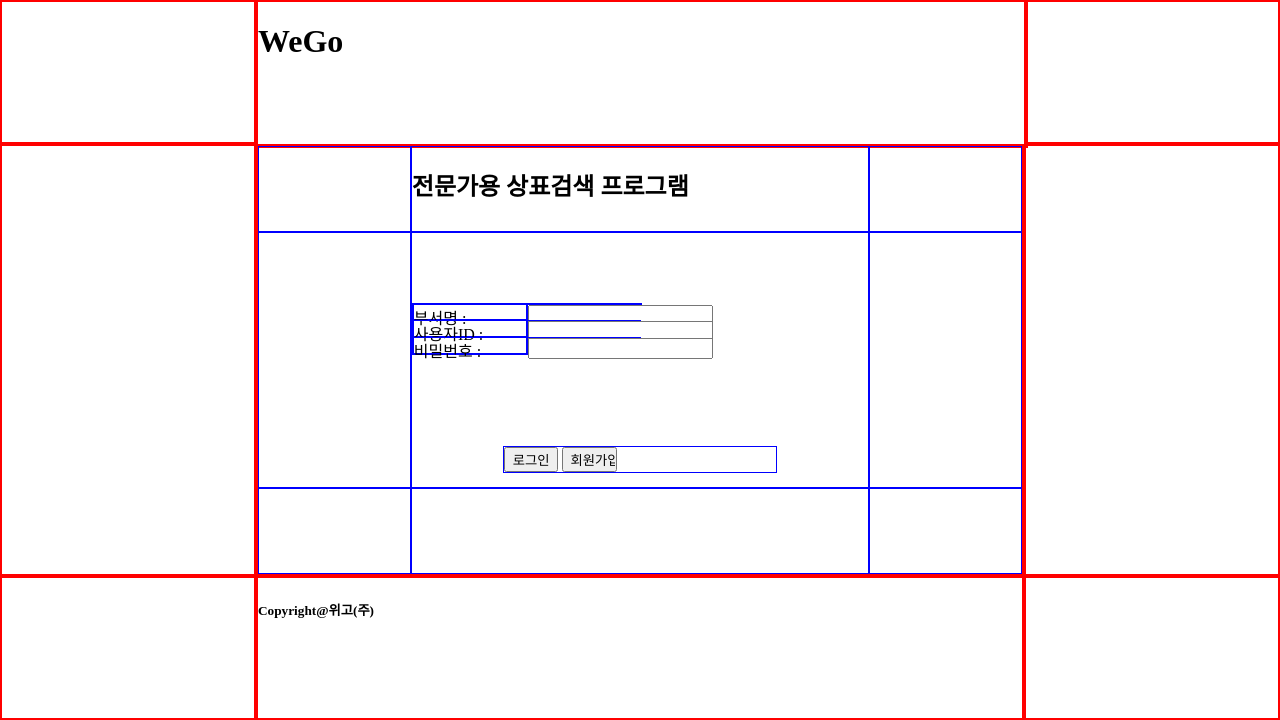
Repository: hamuse/wego1
Page: http://localhost/teamW1/facade.do
The author's editor kept a copy of each file at every save. The page is drawn from the files as they stood at one save, then again after the next save.
The browser window is 1280 px wide. The pictures show the whole page.
Some web libraries are served in a nearby version. The page is served by Tomcat 9.

Above is the page before, as saved 2019-10-07 11:36:13.

After the next save:
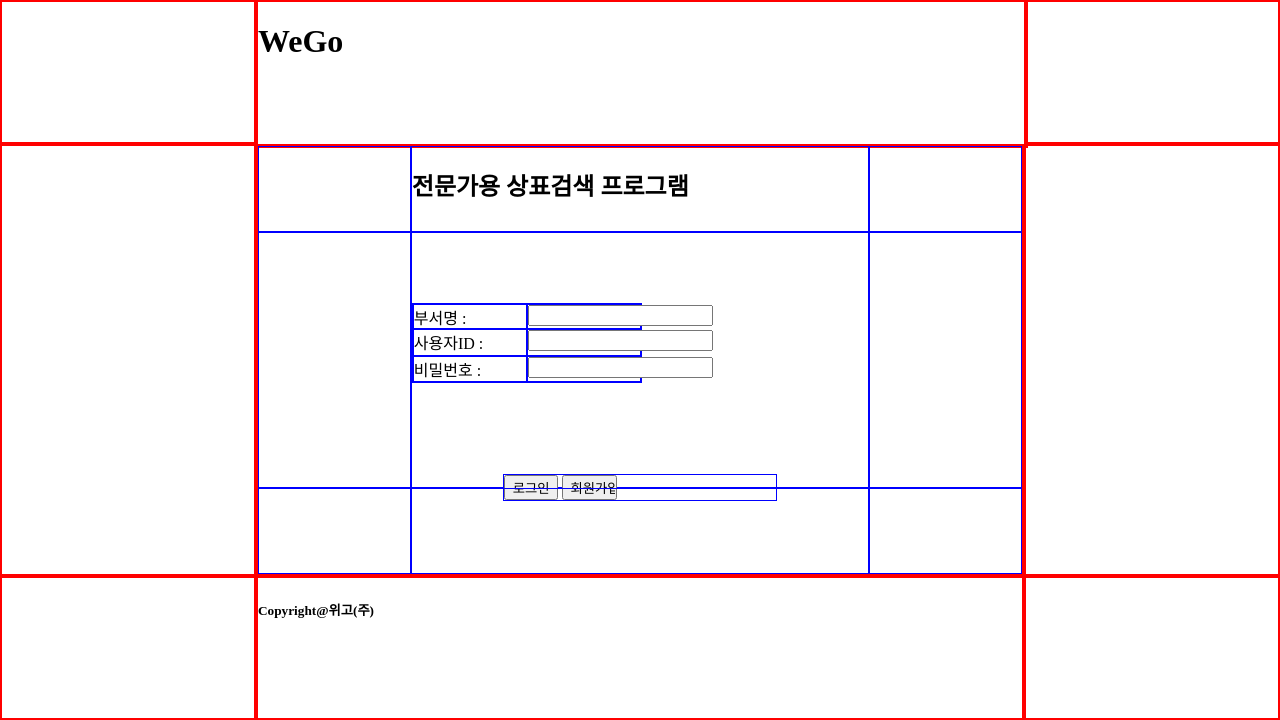
Saved 41 s later.
--- a/teamW1/WebContent/resources/css/style.css
+++ b/teamW1/WebContent/resources/css/style.css
@@ -47,7 +47,7 @@ html, body{
 	display: grid;
 	grid-template-rows: 33% 34% 33%;
 	grid-template-columns: 50% 50%;
-	width: 50%; height: 50px; margin-top: 70px;
+	width: 50%; height: 50%; margin-top: 70px;
 }
 #input_item{margin: 20% ;}
 #wego{width: 100%;height: 100%;}
